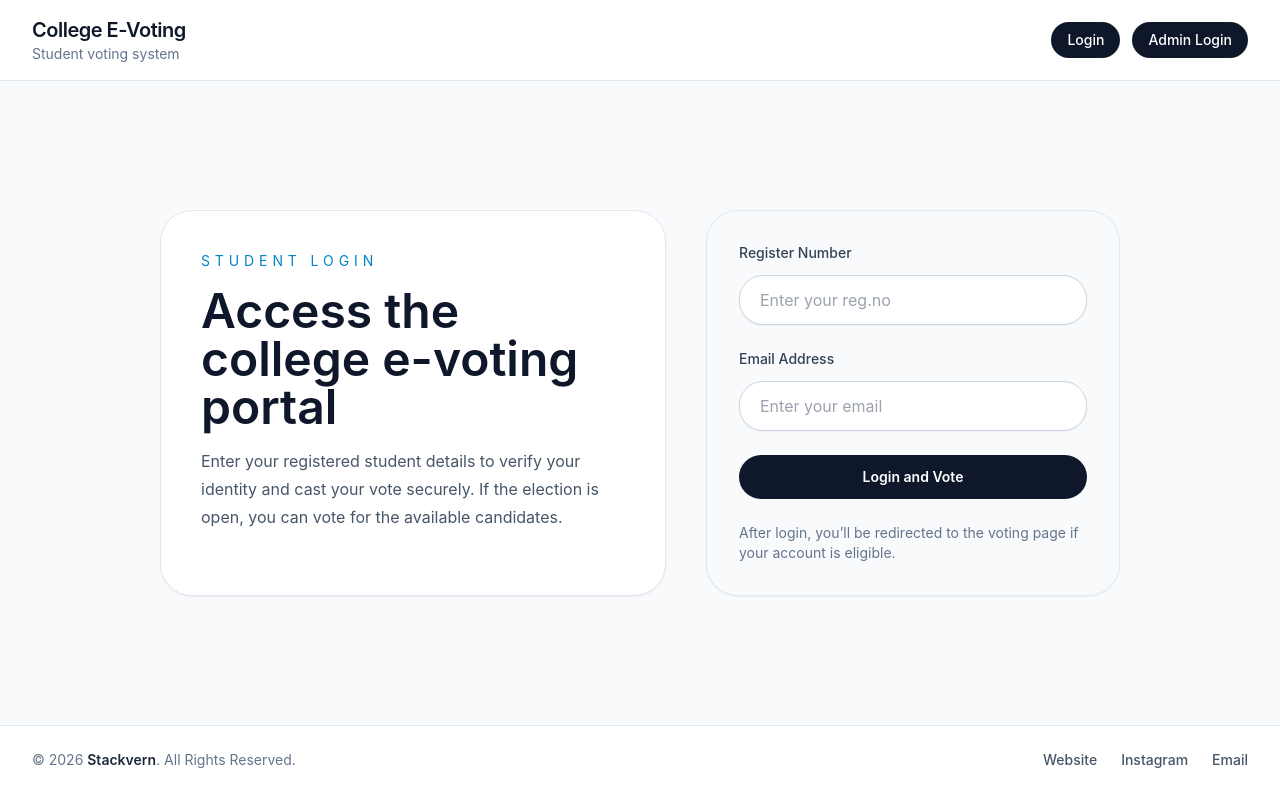
Repository: stackvern/college-evoting
Page: / (app in client/)
An editor plug-in stored every save of this project. The page is shown before and after a run of saves, followed by the edit.
The browser window is 1280 px wide. The pictures show the whole page.
The project was rebuilt for these pictures with package versions that can differ from the ones it lists, and the page was loaded fresh each time. Also part of the build but not shown: client/vite.config.js, client/src/components/ProtectedRoute.jsx, client/src/components/AdminProtectedRoute.jsx, client/src/pages/VotePage.jsx, client/src/pages/ResultPage.jsx, client/src/pages/AdminLoginPage.jsx, client/src/pages/AdminDashboard.jsx.

Above is the page before, as saved 2026-07-19 18:44:03.

### client/index.html
<!DOCTYPE html>
<html lang="en">
  <head>
    <meta charset="UTF-8" />
    <meta name="viewport" content="width=device-width, initial-scale=1.0" />
    <title>College E-Voting System</title>
  </head>
  <body>
    <div id="root"></div>
    <script type="module" src="/src/main.jsx"></script>
  </body>
</html>

### client/src/App.jsx
import React from 'react';
import { Navigate, Route, Routes } from 'react-router-dom';
import Layout from './components/Layout';
import ProtectedRoute from './components/ProtectedRoute';
import AdminProtectedRoute from './components/AdminProtectedRoute';
import LoginPage from './pages/LoginPage';
import VotePage from './pages/VotePage';
import ResultPage from './pages/ResultPage';
import AdminLoginPage from './pages/AdminLoginPage';
import AdminDashboard from './pages/AdminDashboard';

function App() {
  return (
    <Routes>
      <Route path="/" element={<Layout />}>
        <Route index element={<Navigate to="/login" replace />} />
        <Route path="login" element={<LoginPage />} />
        <Route path="vote" element={<ProtectedRoute><VotePage /></ProtectedRoute>} />
        <Route path="results" element={<ResultPage />} />
        <Route path="admin/login" element={<AdminLoginPage />} />
        <Route path="admin" element={<AdminProtectedRoute><AdminDashboard /></AdminProtectedRoute>} />
        <Route path="*" element={<Navigate to="/login" replace />} />
      </Route>
    </Routes>
  );
}

export default App;

### client/src/index.css
@tailwind base;
@tailwind components;
@tailwind utilities;

:root {
  color-scheme: light;
}

body {
  margin: 0;
  font-family: Inter, ui-sans-serif, system-ui, -apple-system, BlinkMacSystemFont, 'Segoe UI', sans-serif;
  background-color: #f8fafc;
  color: #0f172a;
}

* {
  box-sizing: border-box;
}

button,
input,
textarea,
select {
  font: inherit;
}

button:focus,
input:focus,
textarea:focus,
select:focus {
  outline: none;
}

### client/src/components/Layout.jsx
import React from 'react';
import { Link, Outlet, useNavigate } from 'react-router-dom';

const Layout = () => {
  const navigate = useNavigate();
  const token = localStorage.getItem('authToken');

  const studentToken = localStorage.getItem('authToken');
  const adminToken = localStorage.getItem('adminToken');

  const handleLogout = () => {
    localStorage.removeItem('authToken');
    localStorage.removeItem('studentData');
    navigate('/login');
  };

  const handleAdminLogout = () => {
    localStorage.removeItem('adminToken');
    localStorage.removeItem('adminData');
    navigate('/admin/login');
  };

  return (
    <div className="min-h-screen bg-slate-50 text-slate-900">
      <header className="border-b border-slate-200 bg-white/90 backdrop-blur-md">
        <div className="mx-auto flex max-w-7xl items-center justify-between px-4 py-4 sm:px-6 lg:px-8">
          <div>
            <Link to="/" className="text-xl font-semibold tracking-tight text-slate-900">
              College E-Voting
            </Link>
            <p className="text-sm text-slate-500">Student voting system</p>
          </div>
          <nav className="flex items-center gap-3 text-sm font-medium text-slate-700">

            {studentToken ? (
              <>
                <Link className="rounded-full px-4 py-2 transition hover:bg-slate-100" to="/vote">
                  Vote
                </Link>
                <button className="rounded-full bg-slate-900 px-4 py-2 text-white transition hover:bg-slate-800" onClick={handleLogout}>
                  Logout
                </button>
              </>
            ) : (
              <Link className="rounded-full bg-slate-900 px-4 py-2 text-white transition hover:bg-slate-800" to="/login">
                Login
              </Link>
            )}
            {adminToken ? (
              <>
                <Link className="rounded-full px-4 py-2 transition hover:bg-slate-100" to="/admin">
                  Admin
                </Link>
                <button className="rounded-full bg-slate-900 px-4 py-2 text-white transition hover:bg-slate-800" onClick={handleAdminLogout}>
                  Admin Logout
                </button>
              </>
            ) : (
              <Link className="rounded-full bg-slate-900 px-4 py-2 text-white transition hover:bg-slate-800" to="/admin/login">
                Admin Login
              </Link>
            )}
          </nav>
        </div>
      </header>
      <main className="px-4 py-8 sm:px-6 lg:px-8">
        <Outlet />
      </main>
      <footer className="border-t border-slate-200 bg-white py-6">
  <div className="mx-auto flex max-w-7xl flex-col items-center justify-between gap-3 px-4 text-sm text-slate-500 sm:flex-row sm:px-6 lg:px-8">

    <p>
      © {new Date().getFullYear()} <span className="font-semibold text-slate-800">Stackvern</span>. All Rights Reserved.
    </p>

    <div className="flex items-center gap-6">

      <a
        href="https://stackvern.github.io/website"
        target="_blank"
        rel="noopener noreferrer"
        className="font-medium text-slate-600 transition hover:text-blue-600"
      >
         Website
      </a>

      <a
        href="https://www.instagram.com/stackvern_"
        target="_blank"
        rel="noopener noreferrer"
        className="font-medium text-slate-600 transition hover:text-pink-600"
      >
         Instagram
      </a>

      <a
        href="mailto:stackverntech@gmail.com"
        className="font-medium text-slate-600 transition hover:text-emerald-600"
      >
        Email
      </a>

    </div>

  </div>
</footer>
    </div>
  );
};

export default Layout;

### client/src/pages/LoginPage.jsx
import React, { useEffect, useState } from 'react';
import { useNavigate } from 'react-router-dom';
import api from '../api/axios';

const LoginPage = () => {
  const navigate = useNavigate();
  const [registerNumber, setRegisterNumber] = useState('');
  const [email, setEmail] = useState('');
  const [loading, setLoading] = useState(false);
  const [error, setError] = useState('');

  useEffect(() => {
    if (localStorage.getItem('authToken')) {
      navigate('/vote');
    }
  }, [navigate]);

  const handleSubmit = async (event) => {
    event.preventDefault();
    setError('');
    setLoading(true);

    try {
      const response = await api.post('/api/student/login', {
        register_number: registerNumber,
        email
      });

      if (response.data?.success) {
        localStorage.setItem('authToken', response.data.token);
        localStorage.setItem('studentData', JSON.stringify(response.data.student));
        navigate('/vote');
      } else {
        setError(response.data?.message || 'Login failed.');
      }
    } catch (err) {
      setError(err?.response?.data?.message || 'Login failed. Please check your credentials.');
    } finally {
      setLoading(false);
    }
  };

  return (
    <div className="mx-auto flex min-h-[calc(100vh-140px)] max-w-5xl flex-col justify-center px-4 py-10 sm:px-6 lg:px-8">
      <div className="grid gap-10 xl:grid-cols-[1.1fr_0.9fr]">
        <section className="rounded-[32px] border border-slate-200 bg-white p-10 shadow-sm">
          <div className="space-y-4">
            <p className="text-sm uppercase tracking-[0.35em] text-sky-600">Student login</p>
            <h1 className="text-4xl font-semibold text-slate-900 sm:text-5xl">Access the college e-voting portal</h1>
            <p className="max-w-2xl text-base leading-7 text-slate-600">Enter your registered student details to verify your identity and cast your vote securely. If the election is open, you can vote for the available candidates.</p>
          </div>
        </section>

        <form onSubmit={handleSubmit} className="rounded-[32px] border border-slate-200 bg-slate-50 p-8 shadow-sm">
          <div className="space-y-6">
            <div>
              <label htmlFor="register" className="block text-sm font-medium text-slate-700">Register Number</label>
              <input
                id="register"
                type="text"
                value={registerNumber}
                onChange={(e) => setRegisterNumber(e.target.value)}
                className="mt-3 w-full rounded-3xl border border-slate-300 bg-white px-5 py-3 text-slate-900 shadow-sm outline-none transition focus:border-sky-500 focus:ring-4 focus:ring-sky-100"
                placeholder="Enter your reg.no"
              />
            </div>
            <div>
              <label htmlFor="email" className="block text-sm font-medium text-slate-700">Email Address</label>
              <input
                id="email"
                type="email"
                value={email}
                onChange={(e) => setEmail(e.target.value)}
                className="mt-3 w-full rounded-3xl border border-slate-300 bg-white px-5 py-3 text-slate-900 shadow-sm outline-none transition focus:border-sky-500 focus:ring-4 focus:ring-sky-100"
                placeholder="Enter your email"
              />
            </div>
            {error && (
              <div className="rounded-3xl border border-rose-200 bg-rose-50 px-5 py-4 text-sm text-rose-700">
                {error}
              </div>
            )}
            <button
              type="submit"
              disabled={loading}
              className="inline-flex w-full items-center justify-center rounded-3xl bg-slate-900 px-5 py-3 text-sm font-semibold text-white transition hover:bg-slate-800 disabled:cursor-not-allowed disabled:opacity-60"
            >
              {loading ? 'Verifying...' : 'Login and Vote'}
            </button>
            <p className="text-sm text-slate-500">
              After login, you’ll be redirected to the voting page if your account is eligible.
            </p>
          </div>
        </form>
      </div>
    </div>
  );
};

export default LoginPage;

### client/src/api/axios.js
import axios from 'axios';

const api = axios.create({
  baseURL: 'http://localhost:5000',
  headers: {
    'Content-Type': 'application/json'
  }
});

api.interceptors.request.use(
  (config) => {
    const token = localStorage.getItem('adminToken') || localStorage.getItem('authToken');
    if (token) {
      config.headers = {
        ...config.headers,
        Authorization: `Bearer ${token}`
      };
    }
    return config;
  },
  (error) => Promise.reject(error)
);

export default api;

### client/tailwind.config.js
export default {
  content: ['./index.html', './src/**/*.{js,jsx}'],
  theme: {
    extend: {}
  },
  plugins: []
};

Loaded but not shown: client/src/main.jsx (common file)

After the next 2 saves:
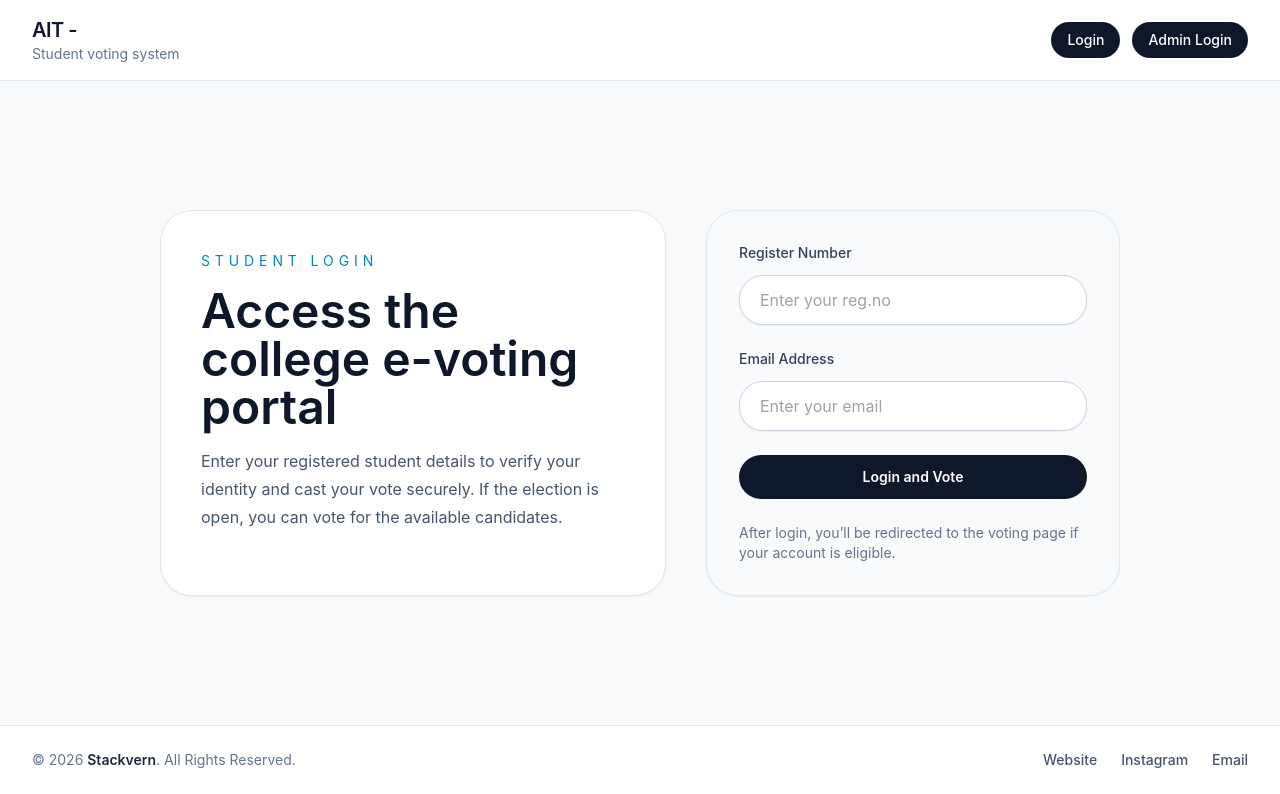
The 2 saves are shown as one change because they came seconds apart.
The last was saved 47 s later.
--- a/client/src/components/Layout.jsx
+++ b/client/src/components/Layout.jsx
@@ -26,7 +26,7 @@ const Layout = () => {
         <div className="mx-auto flex max-w-7xl items-center justify-between px-4 py-4 sm:px-6 lg:px-8">
           <div>
             <Link to="/" className="text-xl font-semibold tracking-tight text-slate-900">
-              College E-Voting
+              AIT -
             </Link>
             <p className="text-sm text-slate-500">Student voting system</p>
           </div>
